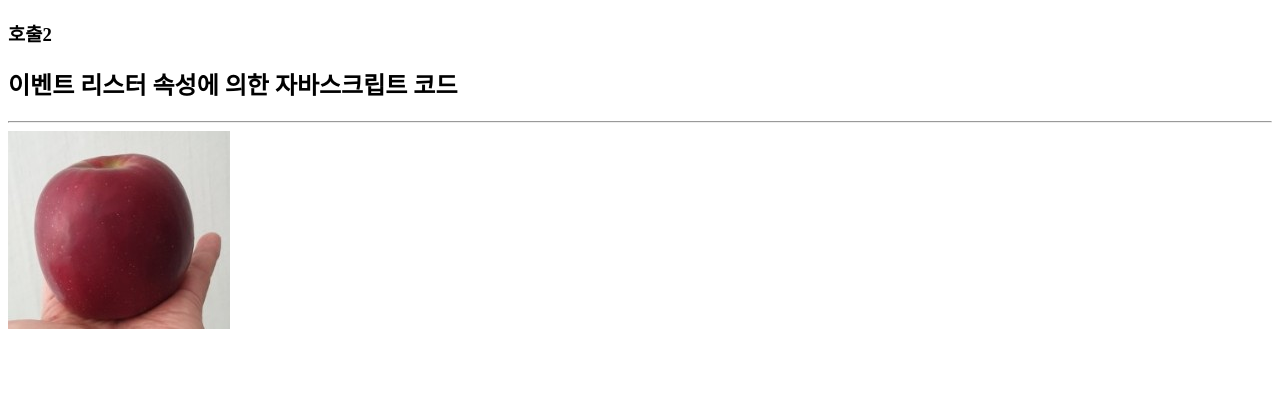
Repository: buildadoor/eclipse
Page: jspexp/src/main/webapp/a01_javascript/a01_basic/a02_outerFile.html
These files come from the project's save history. The page is drawn as it stood at one moment and after the next save; the edit follows.
The browser window is 1280 px wide. The pictures show the whole page.

Above is the page before, as saved 2022-11-11 07:29:04.

After the next save:
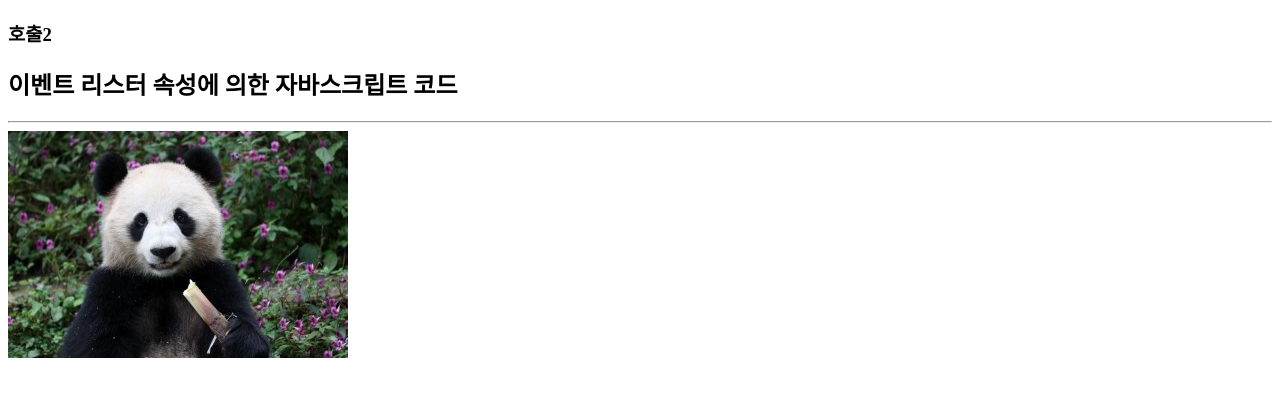
Saved 42 min 28 s later.
--- a/jspexp/src/main/webapp/a01_javascript/a01_basic/a02_outerFile.html
+++ b/jspexp/src/main/webapp/a01_javascript/a01_basic/a02_outerFile.html
@@ -17,7 +17,7 @@
 <h3 onclick="call2()">호출2</h3>
 <h2 onclick="call(this)">이벤트 리스터 속성에 의한 자바스크립트 코드</h2>
 <hr>
-<img src="/a00_img/apple.jpg" onmouseover = "chImg1(this)"
+<img src="/a00_img/img03.jpg" onmouseover = "chImg1(this)"
                        onmouseout = "chImg2(this)">
 </body>
 </html>
